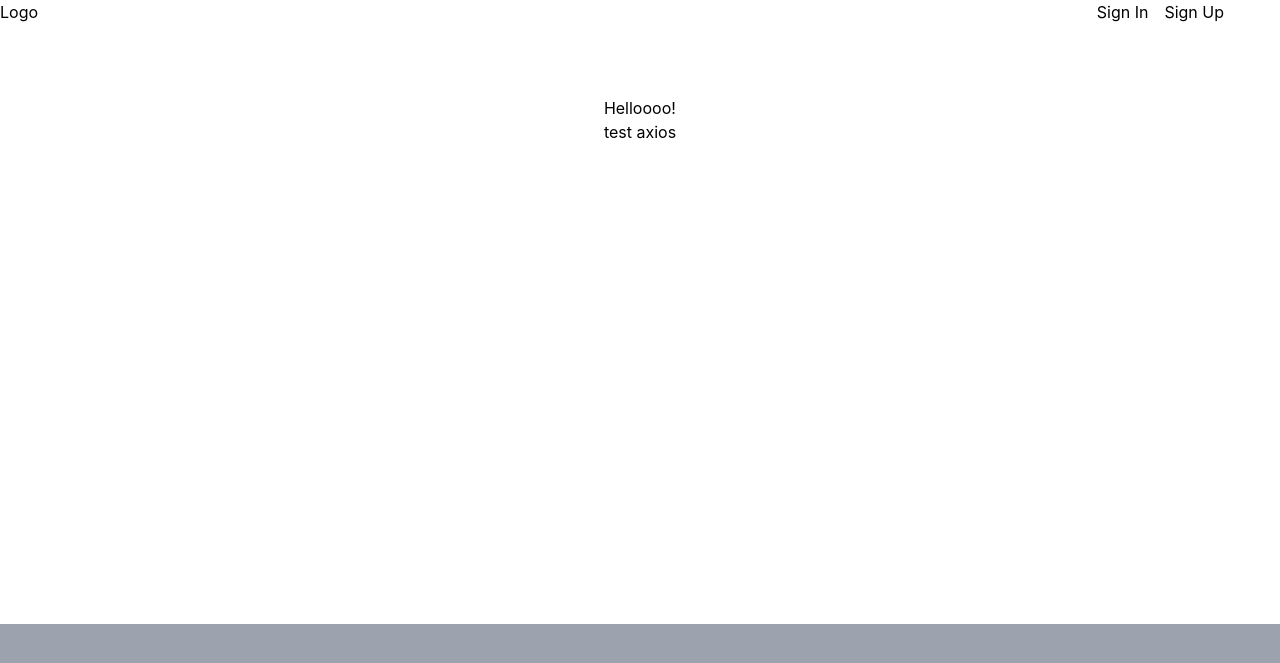
Repository: aglide100/DS-LandingPage
Page: / (app in ui/)
These files come from the project's save history. The page is drawn as it stood at one moment and after a run of saves; the edit follows.
The browser window is 1280 px wide. The pictures show the whole page.
Some web fonts or font styles are not loaded; a fallback is used. The project was rebuilt for these pictures with package versions that can differ from the ones it lists, and the page was loaded fresh each time. The framework's server and built-in components were replaced by stand-ins that run in the browser. Also part of the build but not shown: ui/next.config.js.

Above is the page before, as saved 2021-06-17 14:36:20.

### ui/pages/_app.tsx
import React from "react";
import { Header, HeaderProps } from "../src/components/Header/Header";
import { Footer } from "../src/components/Footer/Footer";
import type { AppProps } from "next/app";
import "../src/_css/common.css"
import "../styles/globals.css";
import { useRouter } from "next/router";
import Head from "next/head";

function MyApp({ Component, pageProps }: AppProps) {
  const router = useRouter();

  const headerProps: HeaderProps = {
    signIn: () => {
      router.push("/auth/login");
    },
    signUp: () => {
      alert("wip");
    },
    onClickGoToHome: () => {
      router.push("/");
    },
  };
  return (
    <div className="flex flex-col justify-between h-screen">
      <Head>
        <meta httpEquiv="Content-Type" content="text/html; charset=utf-8" />
        <meta name="viewport" content="width=device-width, initial-scale=1" />
        <meta name="description" content="just blog" />
      </Head>
      <div>
        <Header {...headerProps}></Header>
        <div className="flex justify-center">
          <Component {...pageProps} />
        </div>
      </div>
      <div>
        <Footer></Footer>
      </div>
    </div>
  );
}

export default MyApp;

### ui/pages/index.tsx
import React from "react";
// import React, { useRef, useEffect, useState } from "react";
// import { select, utcParse } from "d3";
import Head from "next/head";
import axios from "axios";

export default function Home() {
  // const svgRef = useRef();
  // useEffect(() => {
  //   const svg = select(svgRef.current);
  // }, []);

  function getSomeThing() {
    axios.get("https://dak-blog.live/api/test").then((res) => {
      const data = res.data;
      alert(data);
    });
  }

  return (
    <div>
      <Head>
        <title>Hello</title>
        <link rel="icon" href="/favicon.ico" />
      </Head>
      <div>Helloooo!</div>
      <div onClick={() => getSomeThing()}>test axios</div>
      {/* <div ref={svgRef}>test</div> */}
    </div>
  );
}

### ui/src/components/Header/Header.tsx
import React from "react";

export type HeaderProps = {
  signIn: () => void;
  signUp: () => void;
  onClickGoToHome: () => void;
};

export function Header(props: HeaderProps) {
  return (
    <nav className="w-screen h-24">
      <div className="flex justify-between items-center">
        <div
          onClick={(ev) => {
            ev.preventDefault();
            props.onClickGoToHome();
          }}
        >
          Logo
          <img src="" alt=""></img>
        </div>

        <div className="flex flex-row mr-10">
          <div className="mr-4">
            <button
              onClick={(ev) => {
                ev.preventDefault();
                props.signIn();
              }}
            >
              Sign In
            </button>
          </div>
          <div className="mr-4">
            <button
              onClick={(ev) => {
                ev.preventDefault();
                props.signUp();
              }}
            >
              Sign Up
            </button>
          </div>
        </div>
      </div>
    </nav>
  );
}

### ui/src/components/Footer/Footer.tsx
import React from "react";

export type FooterProps = {};

export function Footer(props: FooterProps) {
  return (
    <footer className="w-screen h-24 bg-gray-400">
      <div></div>
    </footer>
  );
}

### ui/src/_css/common.css
@import url('https://rsms.me/inter/inter.css');

:root {
    --font-family: Inter;

    --color-purple1: #F9F6FE;
    --color-purple2: #C6B4FA;
    --color-purple3: #9E83F8;
    --color-purple4: #8163F6;
    --color-purple5: #674FC5;
    --color-purple6: #4D3B94;
    --color-purple7: #342863;

    --color-gray1: #F6F8F9;
    --color-gray2: #DCE1E7;
    --color-gray3: #C4CBD3;
    --color-gray4: #ADB5BD;
    --color-gray5: #8A9197;
    --color-gray6: #686D71;
    --color-gray7: #45484C;
    --color-gray8: #232426;

    --color-red: #FA5252;

    --color-orange: #F2994A;

    --color-yellow: #F2C94C;

    --color-green1: #219653;
    --color-green2: #27AE60;
    --color-green3: #6FCF97;

    --color-blue1: #2F80ED;
    --color-blue2: #2D9CDB;
    --color-blue3: #56CCF2;

}

### ui/styles/globals.css
@tailwind base;
@tailwind components;
@tailwind utilities;

html,
body {
  padding: 0;
  margin: 0;
  font-family: 'Inter', sans-serif;

  /* font-family: -apple-system, BlinkMacSystemFont, Segoe UI, Roboto, Oxygen,
    Ubuntu, Cantarell, Fira Sans, Droid Sans, Helvetica Neue, sans-serif; */
}

@supports (font-variation-settings: normal) {
  html { font-family: 'Inter var', sans-serif; }
}

a {
  color: inherit;
  text-decoration: none;
}

* {
  box-sizing: border-box;
}

### ui/tailwind.config.js
module.exports = {
  style: {
    postcss: {
      plugins: [require("tailwindcss"), require("autoprefixer")],
    },
  },
  purge: [],
  darkMode: false, // or 'media' or 'class'
  theme: {
    extend: {},
  },
  variants: {
    extend: {},
  },
  plugins: [],
};

After the next 2 saves:
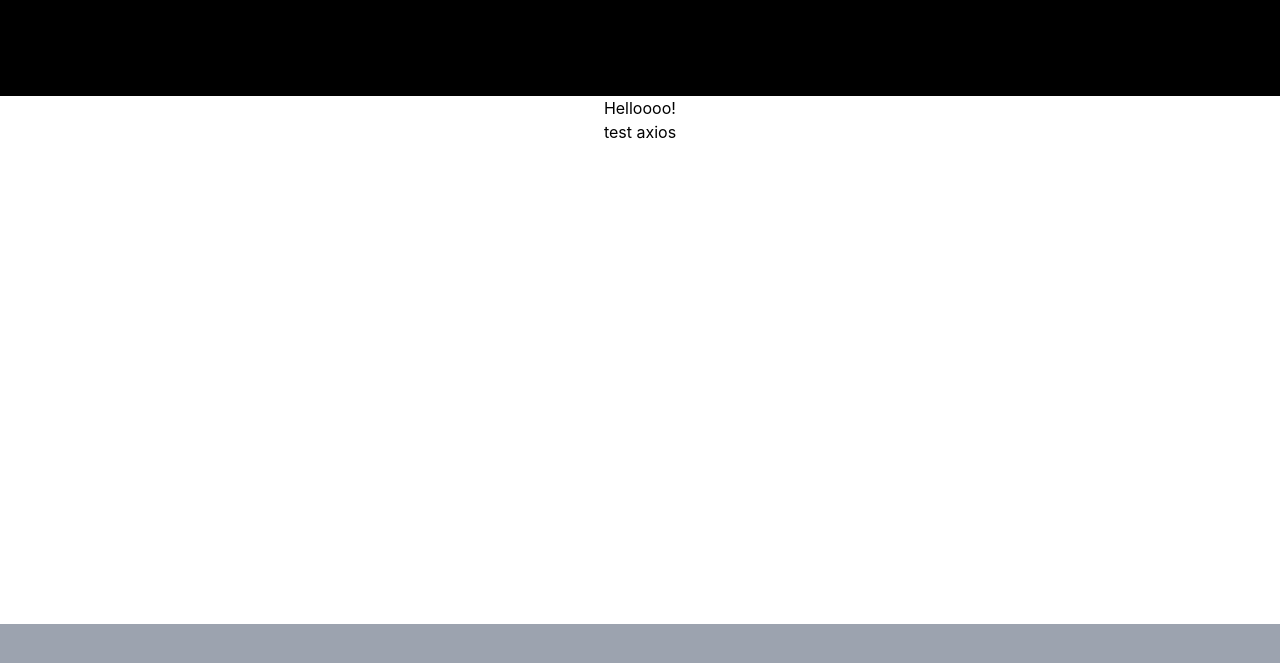
The 2 saves are shown as one change because they came seconds apart.
The last was saved 3 min 14 s later.
--- a/ui/src/components/Header/Header.tsx
+++ b/ui/src/components/Header/Header.tsx
@@ -8,41 +8,8 @@ export type HeaderProps = {
 
 export function Header(props: HeaderProps) {
   return (
-    <nav className="w-screen h-24">
-      <div className="flex justify-between items-center">
-        <div
-          onClick={(ev) => {
-            ev.preventDefault();
-            props.onClickGoToHome();
-          }}
-        >
-          Logo
-          <img src="" alt=""></img>
-        </div>
-
-        <div className="flex flex-row mr-10">
-          <div className="mr-4">
-            <button
-              onClick={(ev) => {
-                ev.preventDefault();
-                props.signIn();
-              }}
-            >
-              Sign In
-            </button>
-          </div>
-          <div className="mr-4">
-            <button
-              onClick={(ev) => {
-                ev.preventDefault();
-                props.signUp();
-              }}
-            >
-              Sign Up
-            </button>
-          </div>
-        </div>
-      </div>
+    <nav className="w-screen h-24 bg-black">
+      <div className="flex justify-between items-center"></div>
     </nav>
   );
 }
